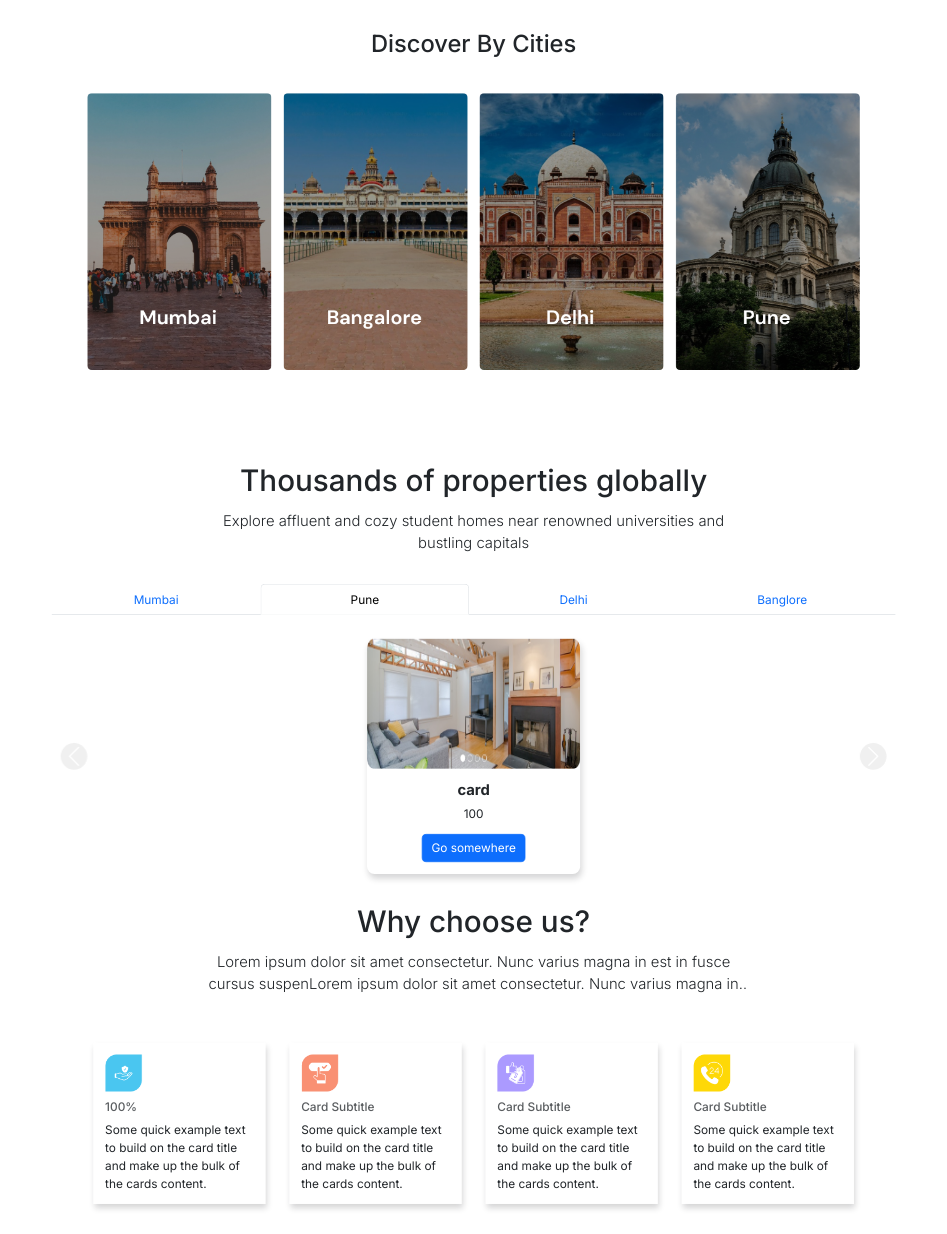
Repository: suyashagrahari/assignment
Page: /
The author's editor kept a copy of each file at every save. The page is drawn from the files as they stood at one save, then again after the next save.
The browser window is 1280 px wide. The pictures show the whole page, at 74% of full size.
The project was rebuilt for these pictures with package versions that can differ from the ones it lists, and the page was loaded fresh each time. The framework's server and built-in components were replaced by stand-ins that run in the browser. Also part of the build but not shown: next.config.mjs, src/app/page.module.css, src/components/Headline.jsx.

Above is the page before, as saved 2024-03-27 16:26:35.

### src/components/Grid.jsx
import React from "react";
import Image from "next/image";
import { Button, Col, Container, Row } from "react-bootstrap";
import first from "../../public/image/Mumbai.png";
import second from "../../public/image/Banglore.png";
import third from "../../public/image/Delhi.png";
import forth from "../../public/image/Pune.png";
const Grid = () => {
  return (
    <div className="container-fluid">
      <div className="row row-cols-1 row-cols-sm-2 row-cols-md-3 row-cols-lg-4 g-3 p-4">
        <div className="col grid-item">
          <Image
            src={first}
            alt="Image 1"
            layout="responsive"
            objectFit="cover"
            className="img-fluid rounded"
          />
        </div>
        <div className="col grid-item">
          <Image
            src={second}
            alt="Image 2"
            layout="responsive"
            objectFit="cover"
            className="img-fluid rounded"
          />
        </div>
        <div className="col grid-item">
          <Image
            src={third}
            alt="Image 3"
            layout="responsive"
            objectFit="cover"
            className="img-fluid rounded"
          />
        </div>
        <div className="col grid-item">
          <Image
            src={forth}
            alt="Image 4"
            layout="responsive"
            objectFit="cover"
            className="img-fluid rounded"
          />
        </div>
      </div>
    </div>
  );
};

export default Grid;

### src/components/Tabbing.jsx
"use client";
import Tab from "react-bootstrap/Tab";
import Tabs from "react-bootstrap/Tabs";
import Img from "../../public/image/Img-1.png";
import Image from "next/image";
import MyCarousel from "./Carousal";
function Tabbing() {
  return (
    <>
      <Tabs
        defaultActiveKey="profile"
        id="justify-tab-example"
        className="mb-3"
        justify
      >
        <Tab eventKey="home" title="Mumbai">
          <MyCarousel />
        </Tab>
        <Tab eventKey="profile" title="Pune">
          <MyCarousel />
        </Tab>
        <Tab eventKey="longer-tab" title="Delhi">
          <MyCarousel />
        </Tab>
        <Tab eventKey="contact" title="Banglore">
          <MyCarousel />
        </Tab>
      </Tabs>
    </>
  );
}

export default Tabbing;

### src/components/Footer.jsx
import Card from "react-bootstrap/Card";
import Icon_1 from "../../public/image/icon-1.png";
import Icon_2 from "../../public/image/icon-2.png";
import Icon_3 from "../../public/image/icon-3.png";
import Icon_4 from "../../public/image/icon-4.png";
import Image from "next/image";

function Footer() {
  return (
    <div className="container-fluid">
      <div className="row row-cols-1 row-cols-md-2 row-cols-lg-4 g-3 p-4">
        <div className="col">
          <Card>
            <Card.Body>
              <div className="d-flex justify-content-center mb-3 image">
                <Image src={Icon_1} alt="icon" />
              </div>
              <Card.Subtitle className="mb-2 text-muted ">100%</Card.Subtitle>
              <Card.Text className="">
                Some quick example text to build on the card title and make up
                the bulk of the cards content.
              </Card.Text>
            </Card.Body>
          </Card>
        </div>
        <div className="col">
          <Card>
            <Card.Body>
              <div className="d-flex justify-content-center mb-3 image">
                <Image src={Icon_2} alt="icon" />
              </div>
              <Card.Subtitle className="mb-2 text-muted ">
                Card Subtitle
              </Card.Subtitle>
              <Card.Text className="">
                Some quick example text to build on the card title and make up
                the bulk of the cards content.
              </Card.Text>
            </Card.Body>
          </Card>
        </div>
        <div className="col">
          <Card>
            <Card.Body>
              <div className="d-flex justify-content-center mb-3 image">
                <Image src={Icon_3} alt="icon" />
              </div>
              <Card.Subtitle className="mb-2 text-muted ">
                Card Subtitle
              </Card.Subtitle>
              <Card.Text className="">
                Some quick example text to build on the card title and make up
                the bulk of the cards content.
              </Card.Text>
            </Card.Body>
          </Card>
        </div>
        <div className="col">
          <Card>
            <Card.Body>
              <div className="d-flex justify-content-center mb-3 image">
                <Image src={Icon_4} alt="icon" />
              </div>
              <Card.Subtitle className="mb-2 text-muted ">
                Card Subtitle
              </Card.Subtitle>
              <Card.Text className="">
                Some quick example text to build on the card title and make up
                the bulk of the cards content.
              </Card.Text>
            </Card.Body>
          </Card>
        </div>
      </div>
    </div>
  );
}

export default Footer;

### src/components/Carousal.jsx
import React from "react";
import Carousel from "react-bootstrap/Carousel";
import Button from "react-bootstrap/Button";
import Card from "react-bootstrap/Card";
import Img from "../../public/image/Img-1.png";
import Image from "next/image";

const recipes = [
  {
    name: "card",
    img: Img,
    price: 100,
    content: "Hello",
  },
  {
    name: "card",
    img: Img,
    price: 100,
    content: "Hello",
  },
  {
    name: "card",
    img: Img,
    price: 100,
    content: "Hello",
  },
  {
    name: "card",
    img: Img,
    price: 100,
    content: "Hello",
  },
];

const MyCarousel = () => {
  const reduceRecipes = (acc, cur, index) => {
    const groupIndex = Math.floor(index / 3);
    if (!acc[groupIndex]) acc[groupIndex] = [];
    acc[groupIndex].push(cur);
    console.log(acc);
    return acc;
  };

  return (
    <Carousel>
      {recipes.reduce(reduceRecipes, []).map((item, index) => (
        <Carousel.Item key={index}>
          <div className="d-flex justify-content-center">
            {item.map((item, index) => {
              return (
                <Card
                  key={index}
                  style={{ width: "18rem", borderRadius: "10px" }}
                >
                  <Image src={item.img} alt="" className="card-img-top" />
                  <Card.Body className="text-center">
                    <Card.Title className="fw-bold">{item.name}</Card.Title>
                    <Card.Text className="mb-3">{item.price}</Card.Text>
                    <Button variant="primary">Go somewhere</Button>
                  </Card.Body>
                </Card>
              );
            })}
          </div>
        </Carousel.Item>
      ))}
    </Carousel>
  );
};

export default MyCarousel;

Loaded but not shown: src/app/layout.js (common file); src/app/page.js (common file); src/app/globals.css (common file)

After the next save:
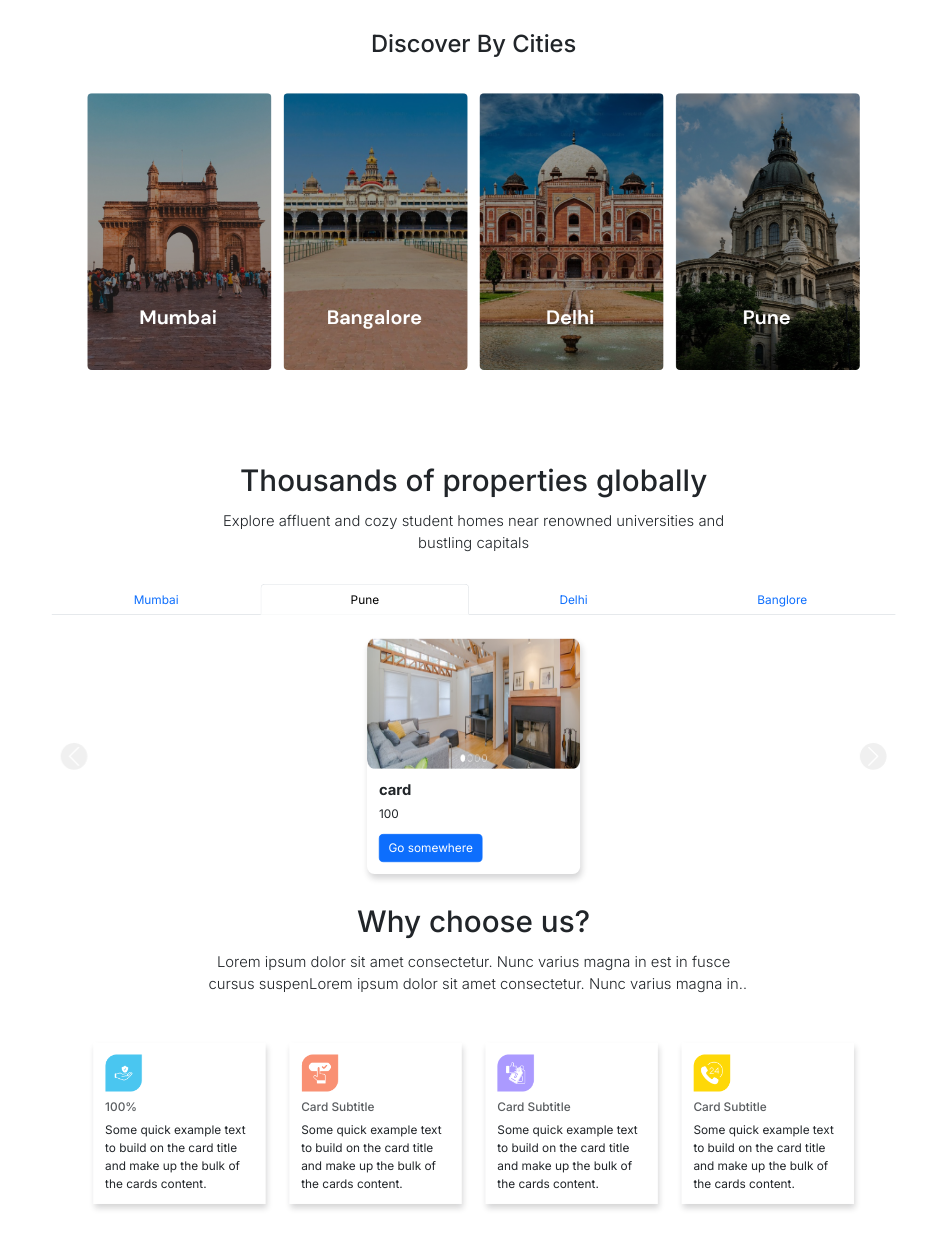
Saved 7 s later.
--- a/src/components/Carousal.jsx
+++ b/src/components/Carousal.jsx
@@ -53,7 +53,7 @@ const MyCarousel = () => {
                   style={{ width: "18rem", borderRadius: "10px" }}
                 >
                   <Image src={item.img} alt="" className="card-img-top" />
-                  <Card.Body className="text-center">
+                  <Card.Body className="text-left">
                     <Card.Title className="fw-bold">{item.name}</Card.Title>
                     <Card.Text className="mb-3">{item.price}</Card.Text>
                     <Button variant="primary">Go somewhere</Button>
